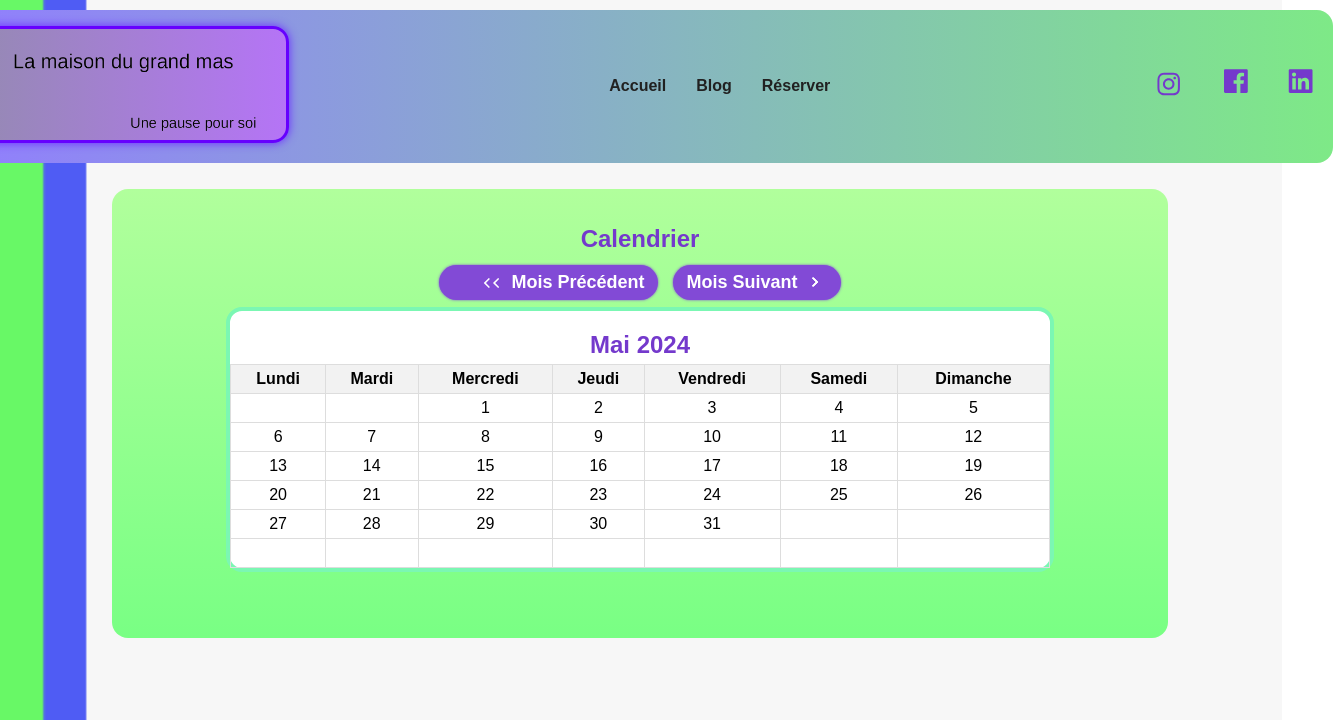
Repository: Crosnierpaul/Les_Rangers_de_Pouvoir
Page: http://localhost/entretien
These files come from the project's save history. The page is drawn as it stood at one moment and after a run of saves; the edit follows.
The browser window is 1280 px wide. The page is 1333 px wide, so the pictures cover 1333 px, including what lies to the right of the window. The pictures show the whole page.
The page is served by the project's Node server (site/server.js).

Above is the page before, as saved 2024-05-07 10:57:15.

After the next 3 saves:
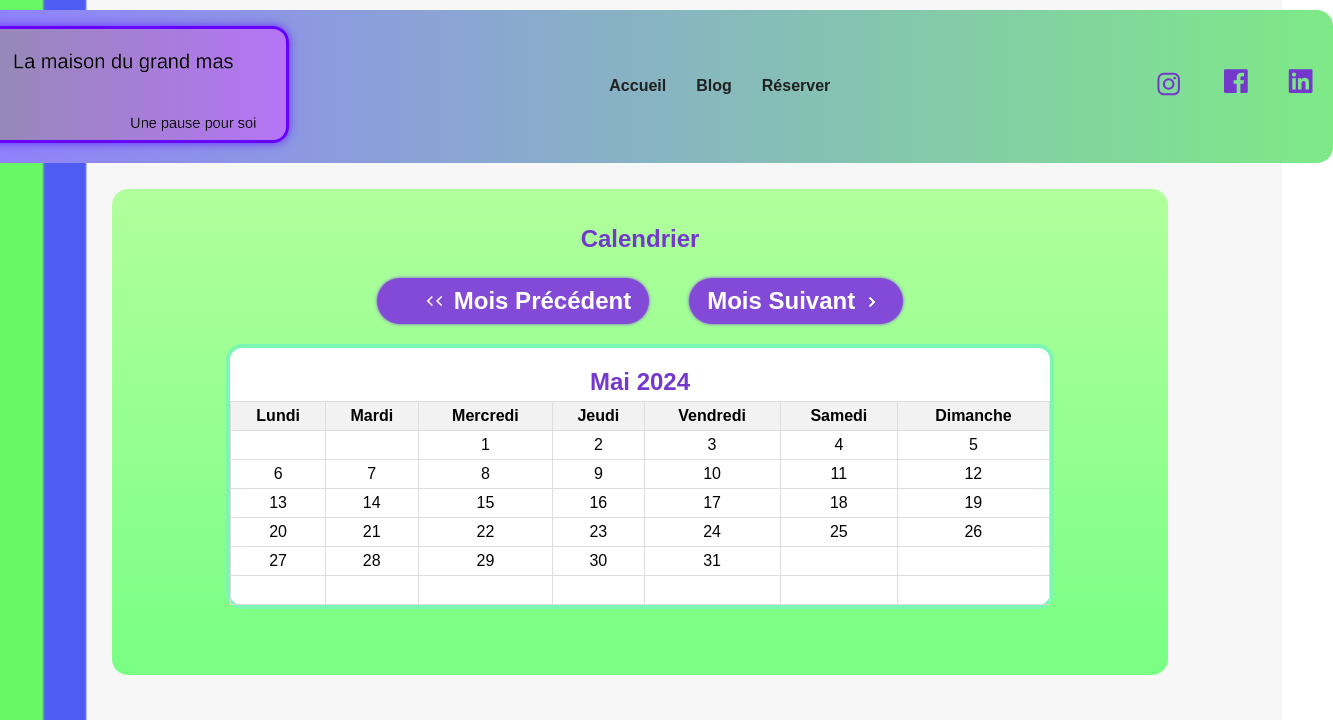
The 3 saves are shown as one change because they came seconds apart.
The last was saved 9 s later.
--- a/site/public/css/entretien.css
+++ b/site/public/css/entretien.css
@@ -81,8 +81,8 @@ btn-reservercontent {
 }
 
 .btn-container {
-    font-size: 1.5em; /* Réduire la taille de la police de caractères de 25% */
-    margin: 7.5px; /* Réduire les marges de 25% */
+    font-size: 2em; /* Réduire la taille de la police de caractères de 25% */
+    margin: 20px; /* Réduire les marges de 25% */
     display: flex;
     --color-text: #ffffff;
     --color-background: #824ad6;
